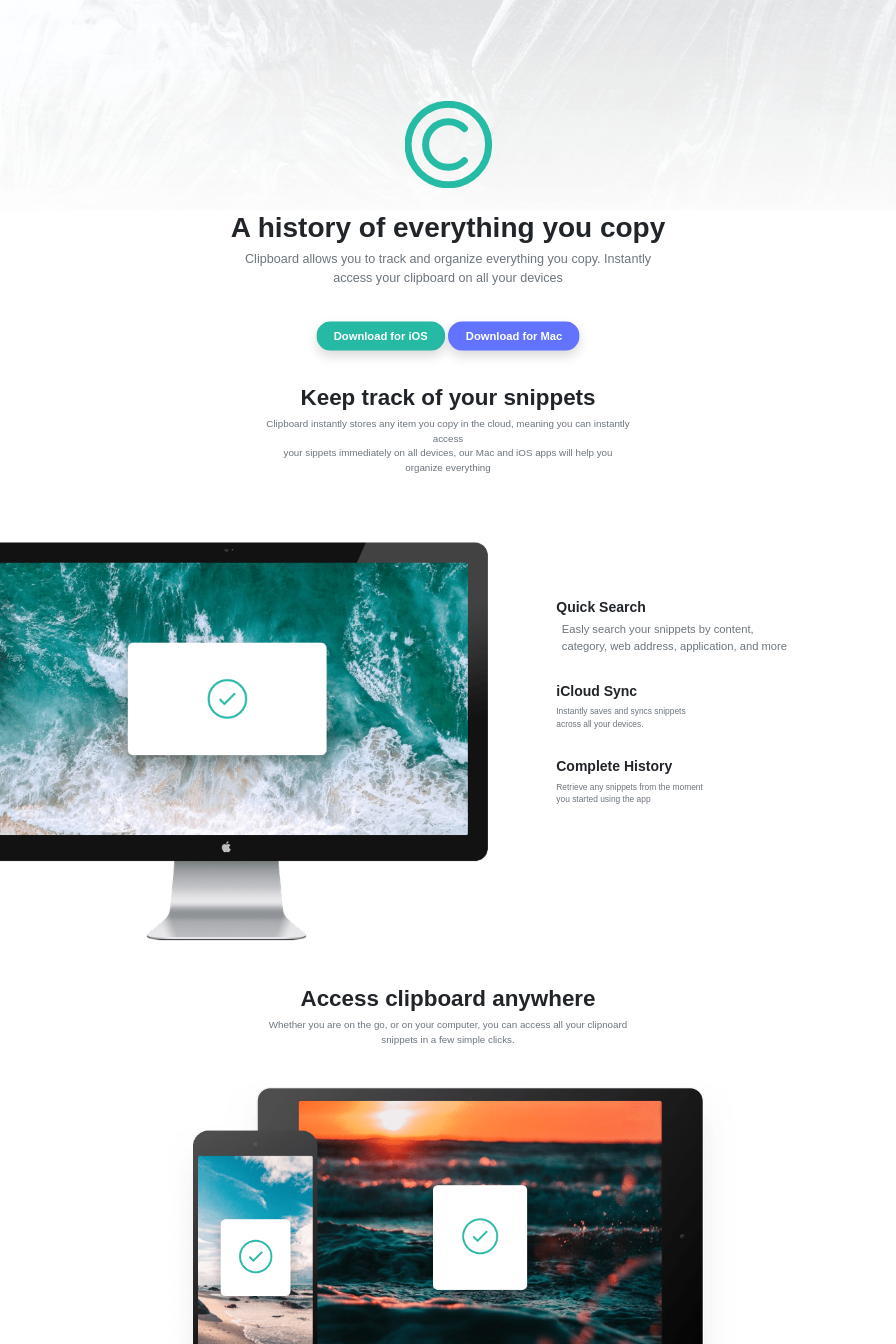
Repository: Kenkeluke/Clipboard-landing-page
Page: index.html
An editor plug-in stored every save of this project. The page is shown before and after the next save, followed by the edit.
The browser window is 1280 px wide. The pictures show the part of the page from y = 0 to 1920 px (the page is 3015 px tall), at 70% of full size.
Some web fonts or font styles are not loaded; a fallback is used.

Above is the page before, as saved 2022-09-03 23:38:32.

After the next save:
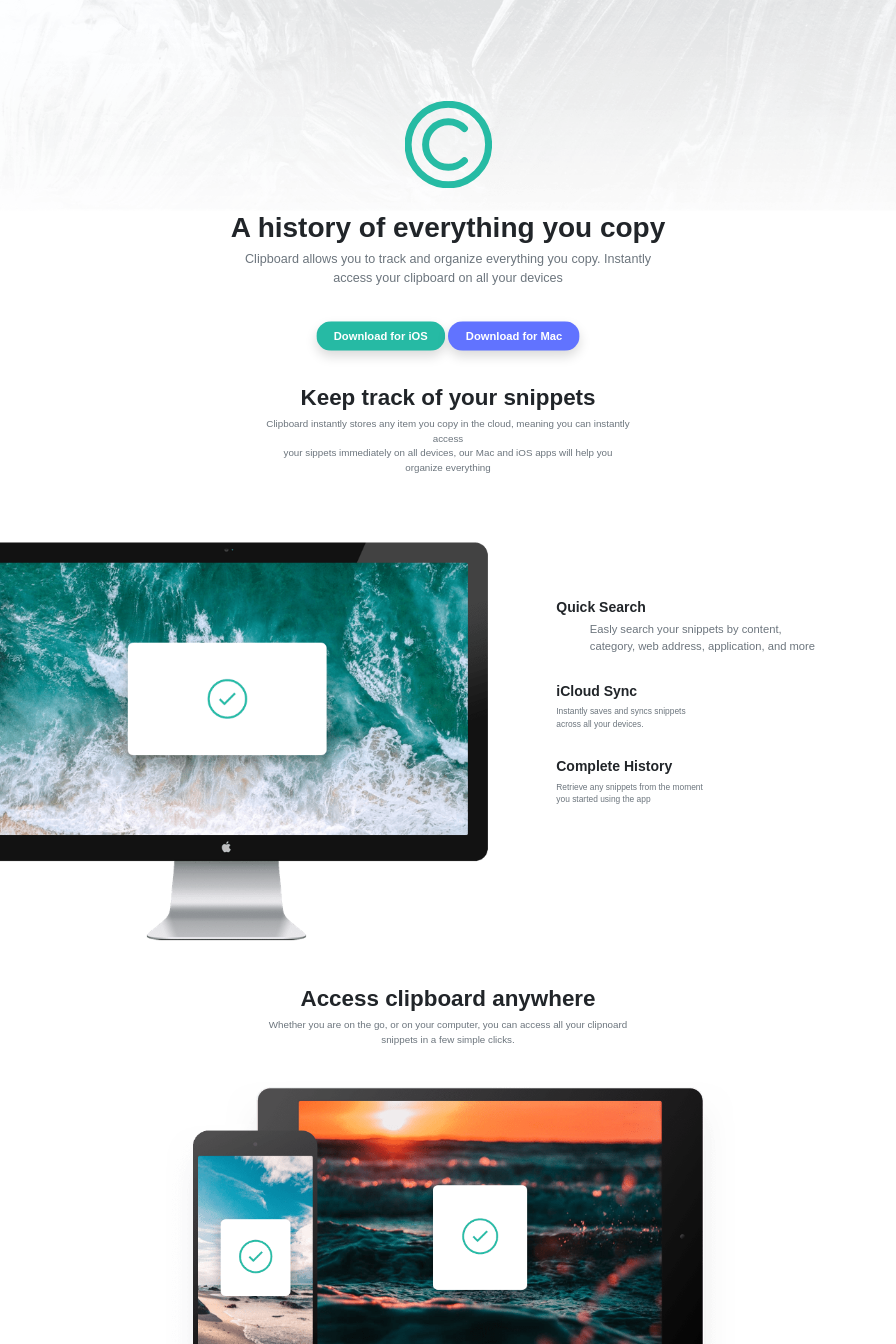
Saved 11 s later.
--- a/index.html
+++ b/index.html
@@ -52,7 +52,7 @@
     <div class="first-article justify-content-md-start justfy-content-center text-md-start text-center pt-3">
       <h5 class="fw-bolder"> Quick Search</h5>
 
-      <p class="text-muted col-10 ms-2 ps-md-0">
+      <p class="text-muted col-10 ms-5 ps-md-0">
        Easly search your snippets by content, <br>
 
       category, web address, application, and more </p>
